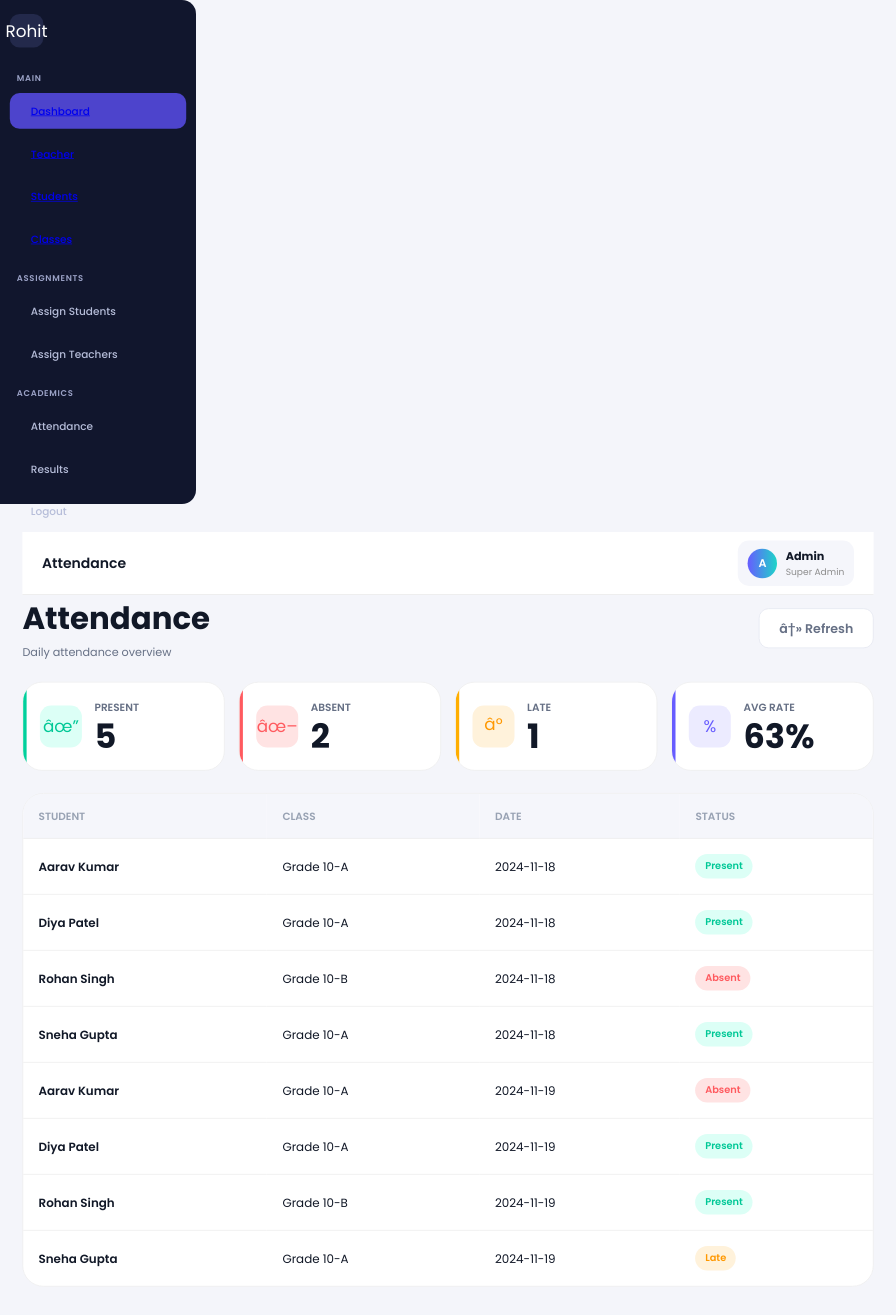
Repository: rohit-rk-07/school_management_system
Page: http://localhost/School_Management_System/attendance.jsp
These files come from the project's save history. The page is drawn as it stood at one moment and after the next save; the edit follows.
The browser window is 1280 px wide. The pictures show the whole page, at 70% of full size.
The page is served by Tomcat 10.

Above is the page before, as saved 2026-05-20 07:46:34.
Console error: TypeError: Cannot read properties of null (reading 'addEventListener')

After the next save:
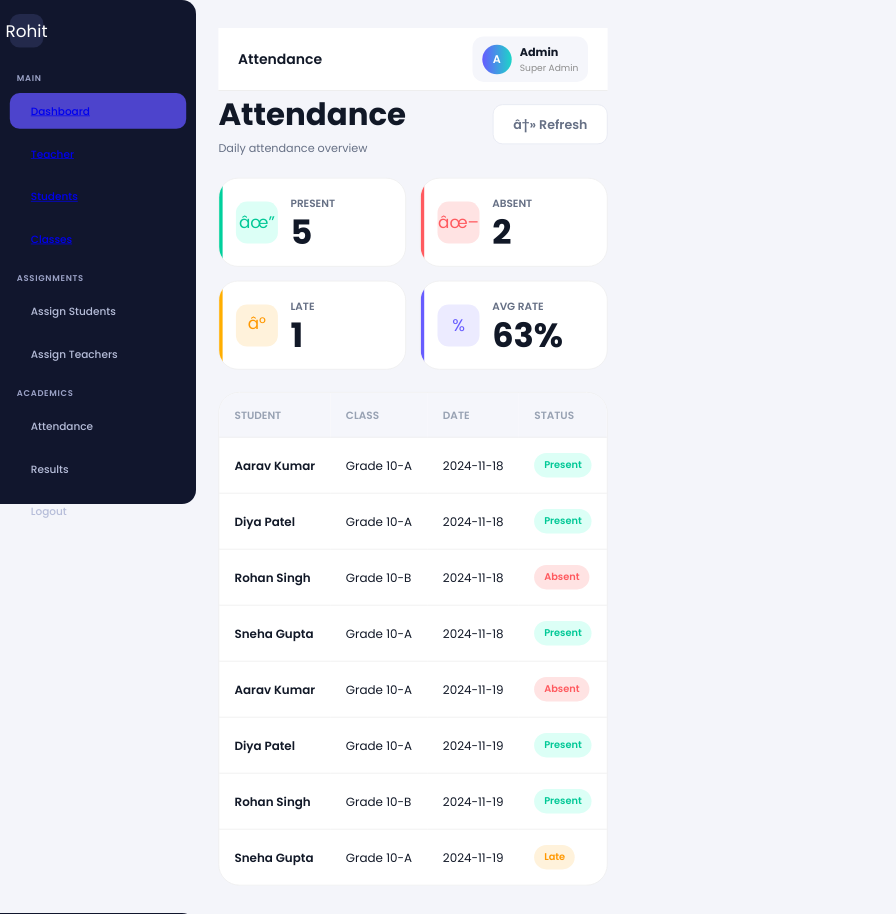
Saved 19 s later.
--- a/School_Management_System/src/main/webapp/attendance.jsp
+++ b/School_Management_System/src/main/webapp/attendance.jsp
@@ -25,6 +25,9 @@
         body{
             background:#f4f5fb;
             color:#111827;
+            display: flex;
+            flex-direction: row;
+
         }
 
         /* =========================
